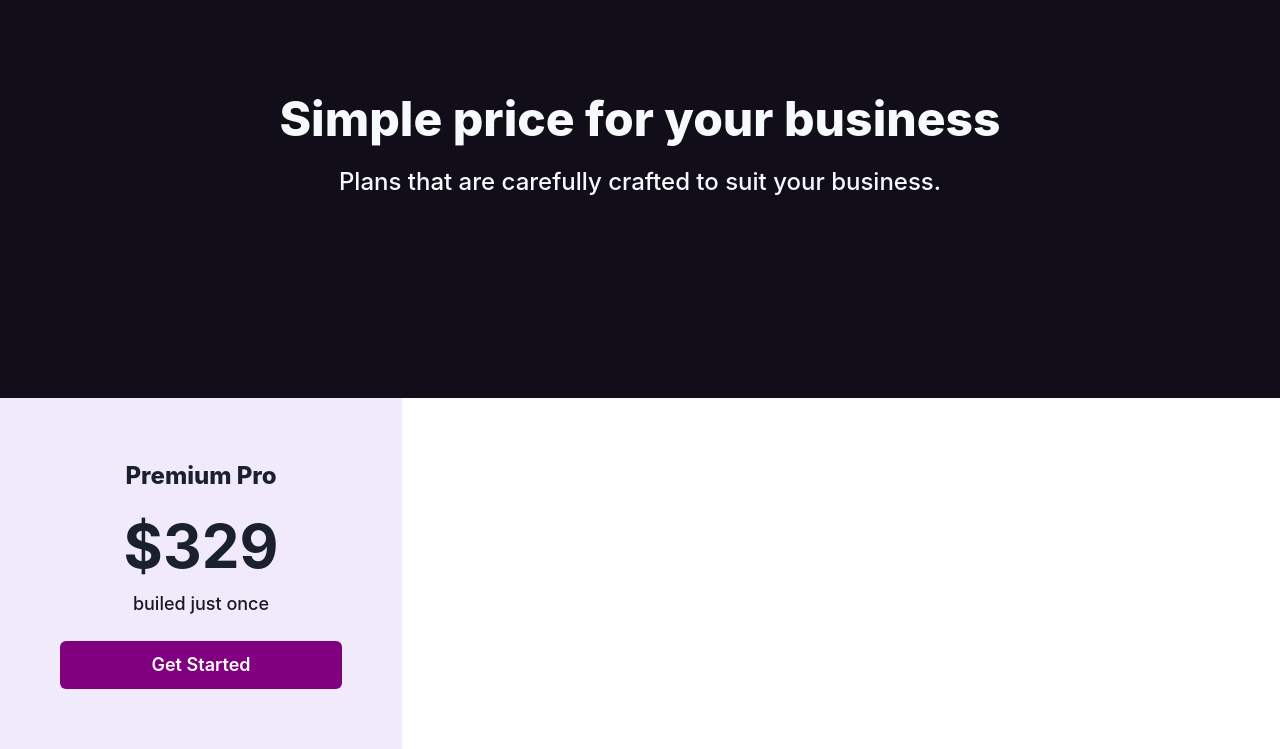
Repository: noutijo/learn-in-depth-chakra-ui
Page: /
The author's editor kept a copy of each file at every save. The page is drawn from the files as they stood at one save, then again after a run of saves.
The browser window is 1280 px wide. The pictures show the whole page.
The project was rebuilt for these pictures with package versions that can differ from the ones it lists, and the page was loaded fresh each time. Also part of the build but not shown: vite.config.ts.

Above is the page before, as saved 2023-01-30 16:01:00.

After the next 2 saves:
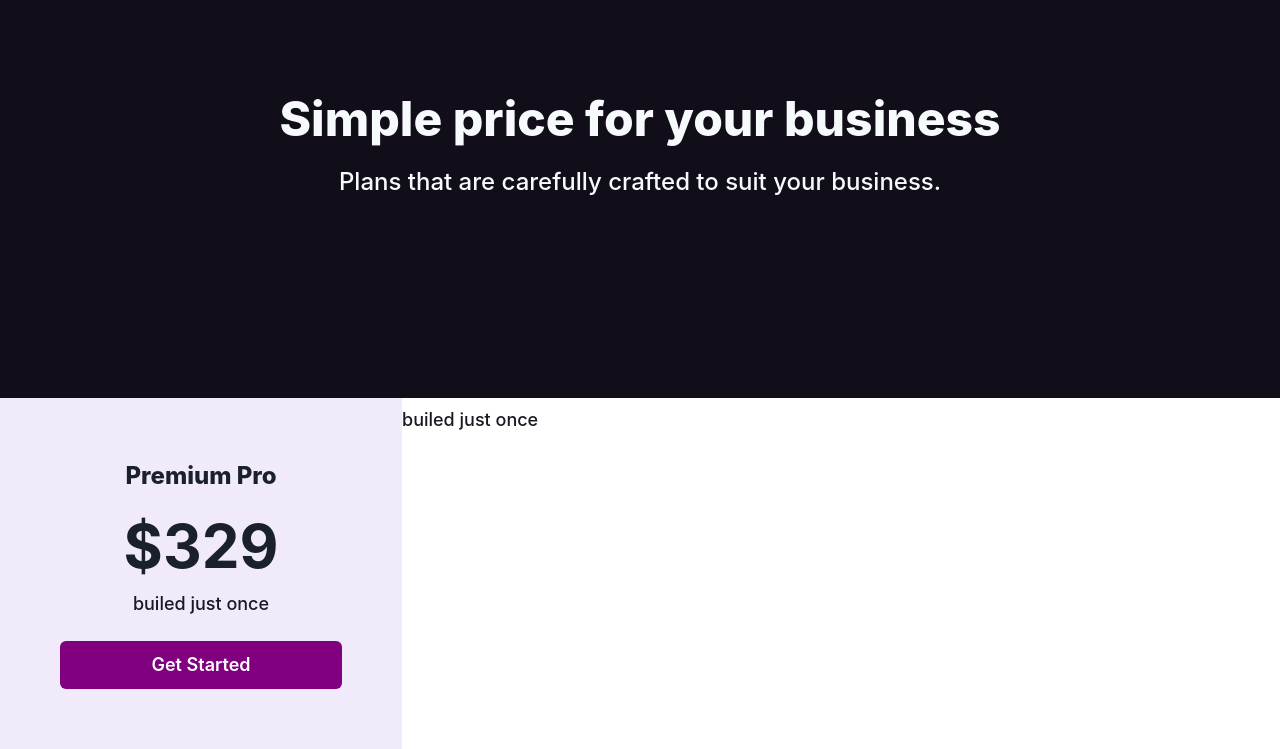
The 2 saves are shown as one change because they came seconds apart.
The last was saved 35 s later.
--- a/src/components/Pricing.tsx
+++ b/src/components/Pricing.tsx
@@ -36,7 +36,12 @@ export function Pricing() {
             Get Started
           </Button>
         </Box>
-        <Box></Box>
+
+        <Box>
+            <Text fontSize="18px" fontWeight="500" color="#171923" mt="8px">
+            builed just once
+          </Text>
+        </Box>
       </Flex>
     </Box>
   )

After the save that followed:
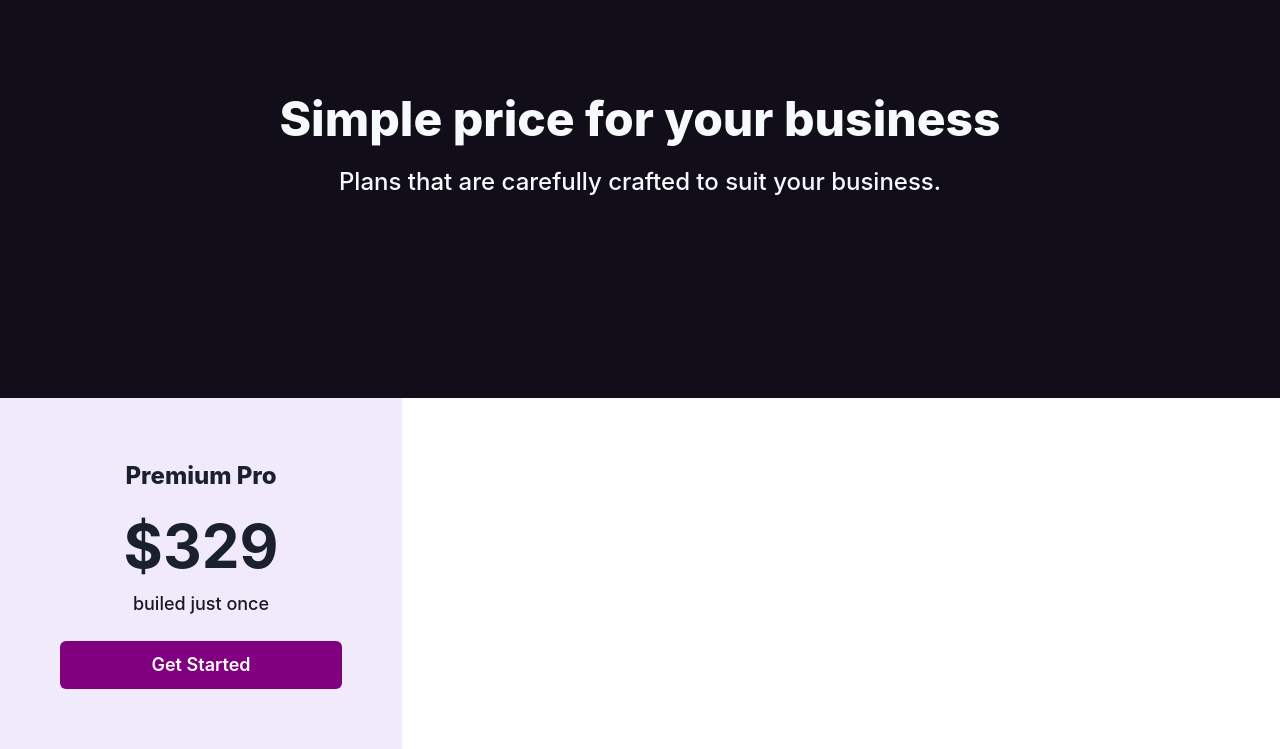
Saved 11 s later.
--- a/src/components/Pricing.tsx
+++ b/src/components/Pricing.tsx
@@ -39,7 +39,7 @@ export function Pricing() {
 
         <Box>
             <Text fontSize="18px" fontWeight="500" color="#171923" mt="8px">
-            builed just once
+
           </Text>
         </Box>
       </Flex>
